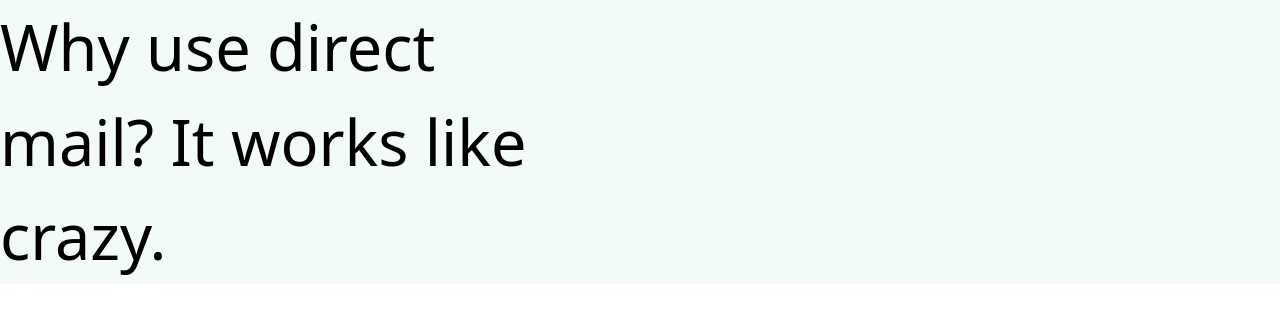
Repository: trusha97/postpilot
Page: mailsende.html
An editor plug-in stored every save of this project. The page is shown before and after the next save, followed by the edit.
The browser window is 1280 px wide. The pictures show the whole page.
Some web libraries are served in a nearby version.

Above is the page before, as saved 2025-05-21 11:05:39.

### mailsende.html
<!DOCTYPE html>
<html lang="en">

<head>
    <meta charset="UTF-8" />
    <meta name="viewport" content="width=device-width, initial-scale=1.0" />
    <title>mail send</title>
    <!-- Tailwind CSS CDN -->
    <script src="https://cdn.tailwindcss.com"></script>
</head>

<body>
    <div class="bg-[#F3FAFA]">
        <div>
            <p class="text-[63px] max-w-[585px] ">Why use direct mail?
                It works like crazy.</p>
        </div>
    </div>
</body>

</html>

After the next save:
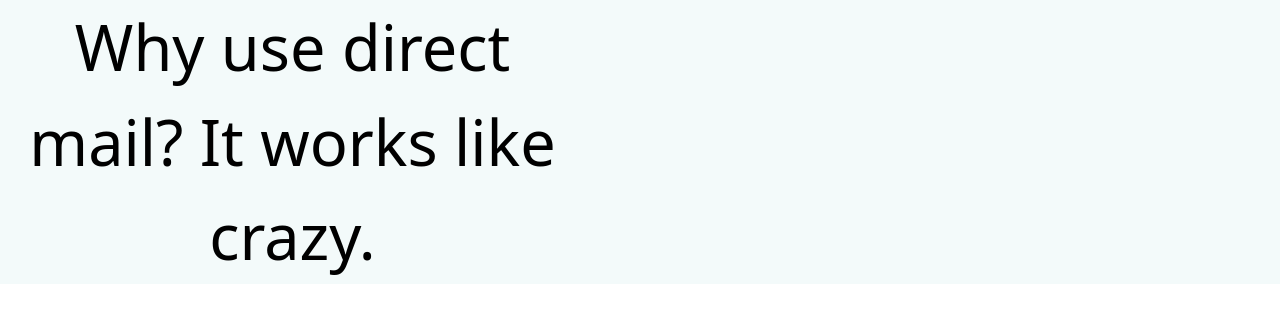
Saved 26 min 5 s later.
--- a/mailsende.html
+++ b/mailsende.html
@@ -12,7 +12,7 @@
 <body>
     <div class="bg-[#F3FAFA]">
         <div>
-            <p class="text-[63px] max-w-[585px] ">Why use direct mail?
+            <p class="text-[63px] max-w-[585px] text-center">Why use direct mail?
                 It works like crazy.</p>
         </div>
     </div>
